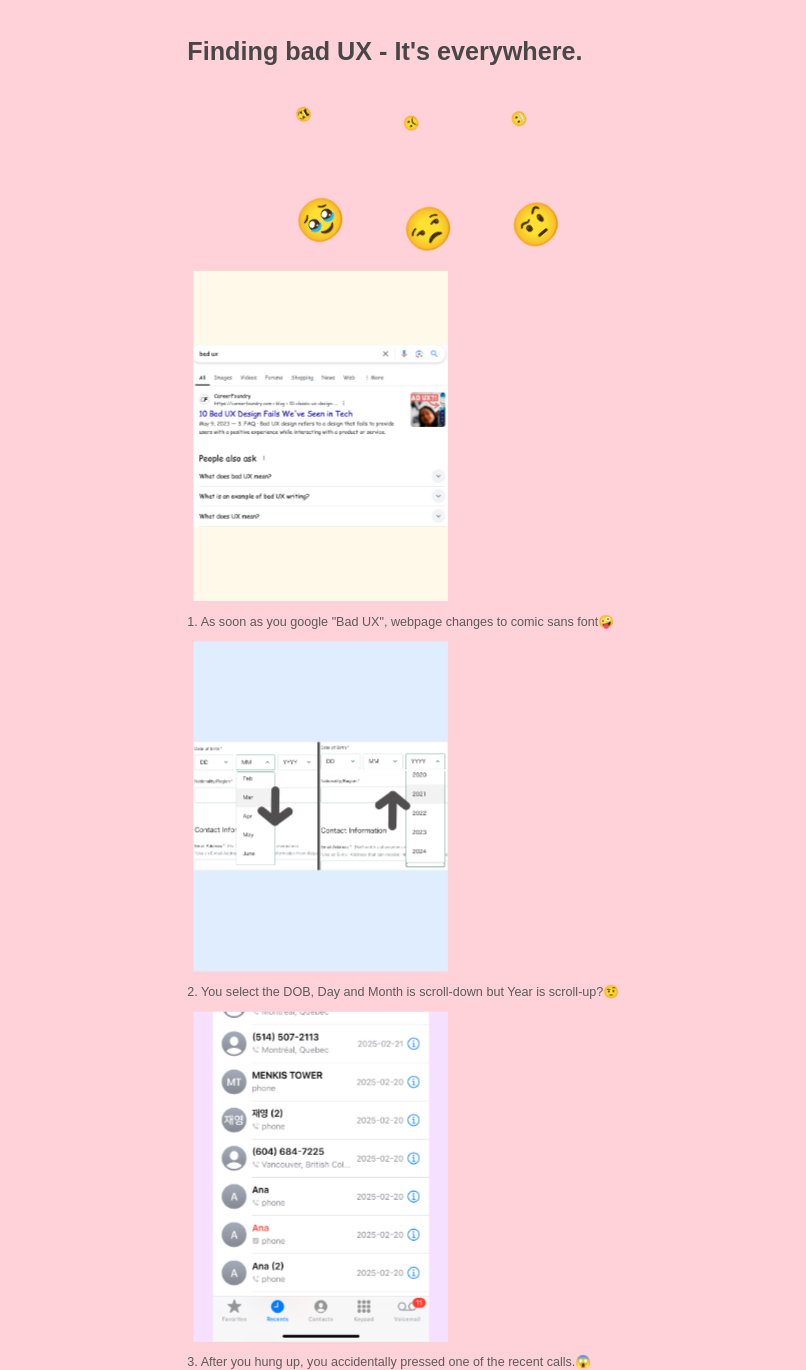
Repository: j1s00jang/MDIA-2109
Page: badUX.html
An editor plug-in stored every save of this project. The page is shown before and after the next save, followed by the edit.
The browser window is 1280 px wide. The pictures show the whole page, at 63% of full size.
Some web libraries are served in a nearby version.

Above is the page before, as saved 2025-03-02 13:25:37.

After the next save:
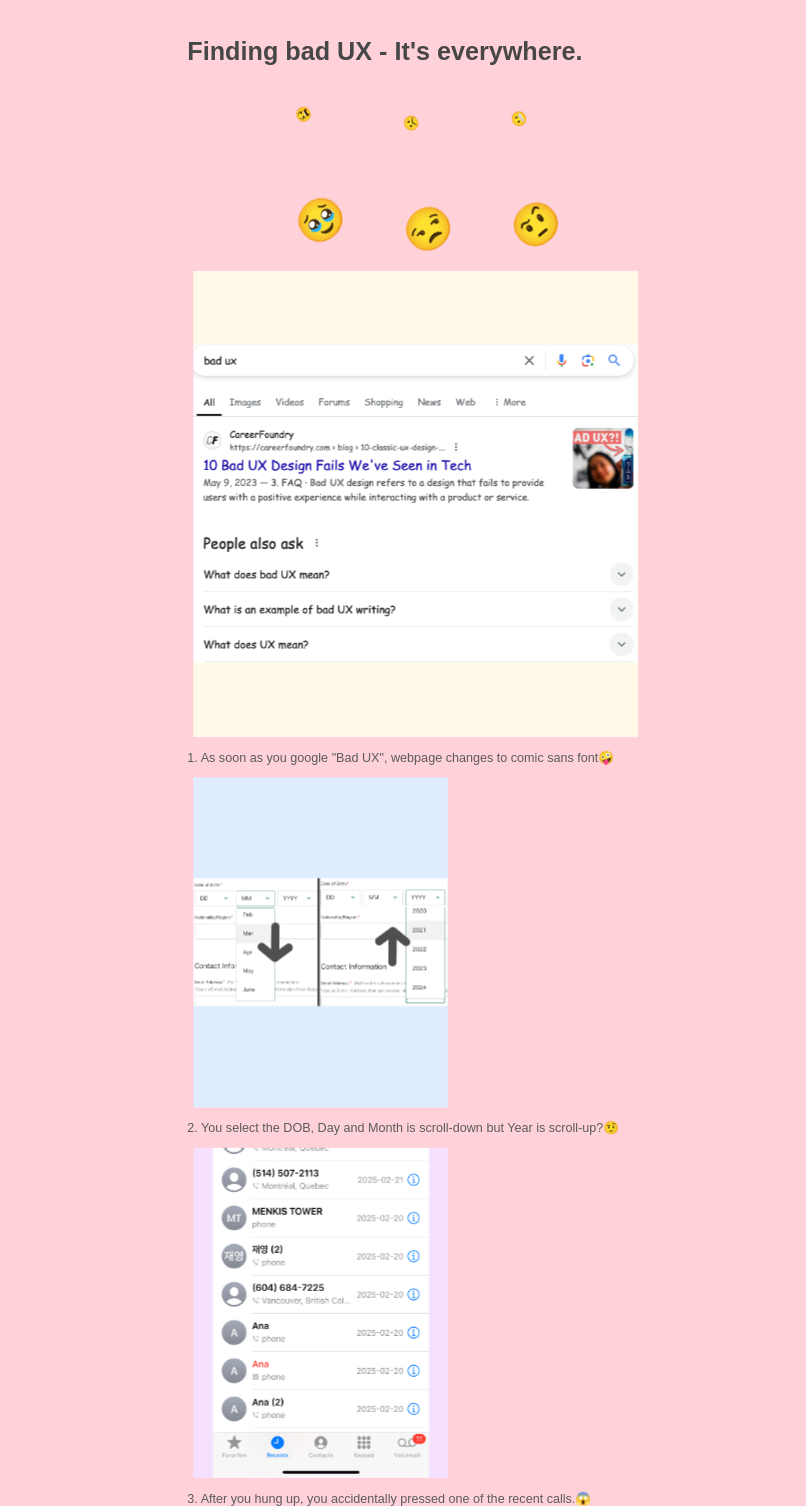
Saved 34 s later.
--- a/css/badUXstyles.css
+++ b/css/badUXstyles.css
@@ -32,7 +32,15 @@ body {
     padding: 10px;
     margin: 10px;
     font-size: 1.5em;
+
+    display: flex;
+    justify-content: center;  /* 가로 중앙 정렬 */
+    align-items: center;      /* 세로 중앙 정렬 */
+    position: relative;       /* 부모 요소가 relative여야 자식의 absolute가 정상 작동 */
+    width: 100%;
+    height: 100%;
 }
+
 
 .first_photo {
     position: absolute;
